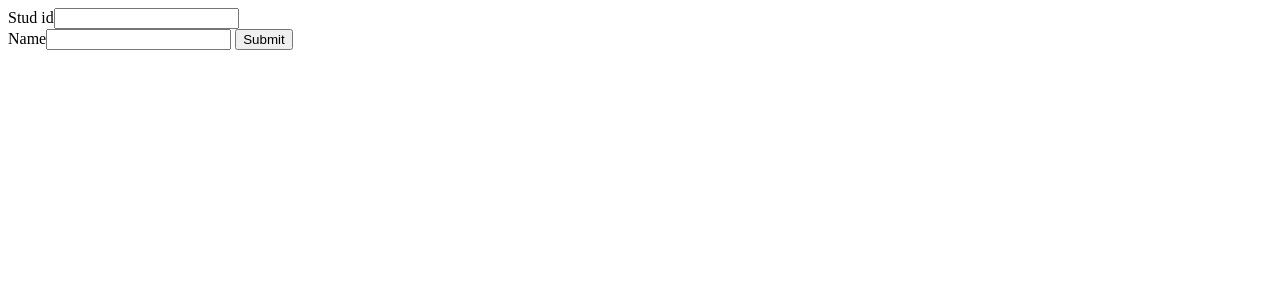
Repository: Alkeshm29/AdvJava
Page: sql/sql/WebContent/index.html
The author's editor kept a copy of each file at every save. The page is drawn from the files as they stood at one save, then again after the next save.
The browser window is 1280 px wide. The pictures show the whole page.

Above is the page before, as saved 2017-02-14 11:16:26.

After the next save:
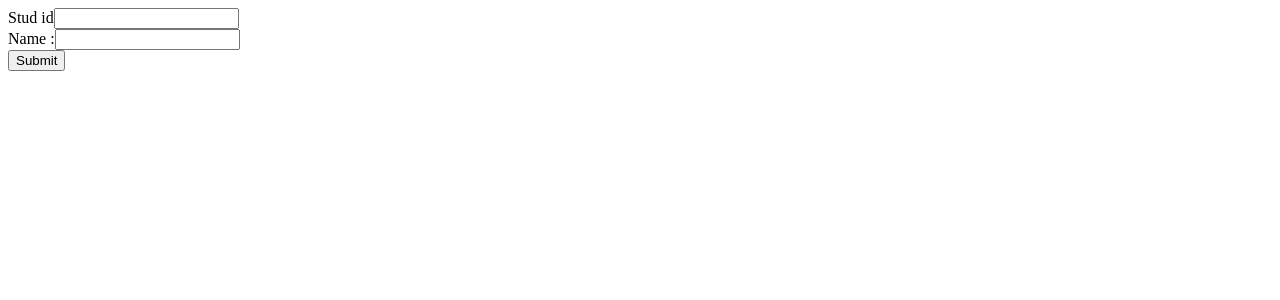
Saved 40 s later.
--- a/sql/sql/WebContent/index.html
+++ b/sql/sql/WebContent/index.html
@@ -7,7 +7,7 @@
 <body>
 <form action="First.jsp">
 Stud id<input type="text" name="id"></br>
-Name<input type="text" name="name">
+Name :<input type="text" name="name"></br>
 <input type="submit" values="go">
 
 
